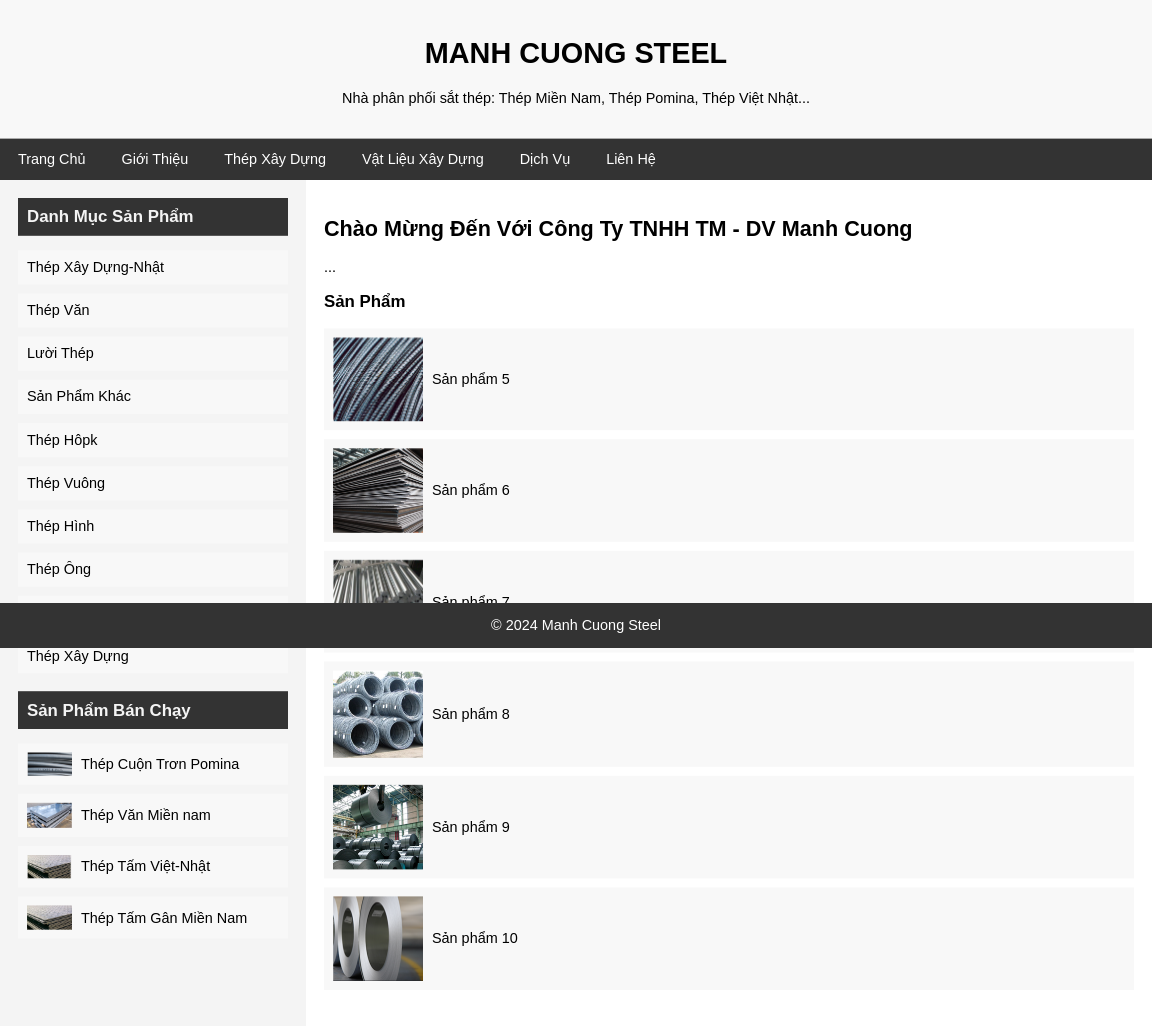
Repository: voduyquang123/quang2k4
Page: quang/FE/index.html
These files come from the project's save history. The page is drawn as it stood at one moment and after the next save; the edit follows.
The browser window is 1280 px wide. The pictures show the whole page, at 90% of full size.

Above is the page before, as saved 2024-06-22 10:38:10.

After the next save:
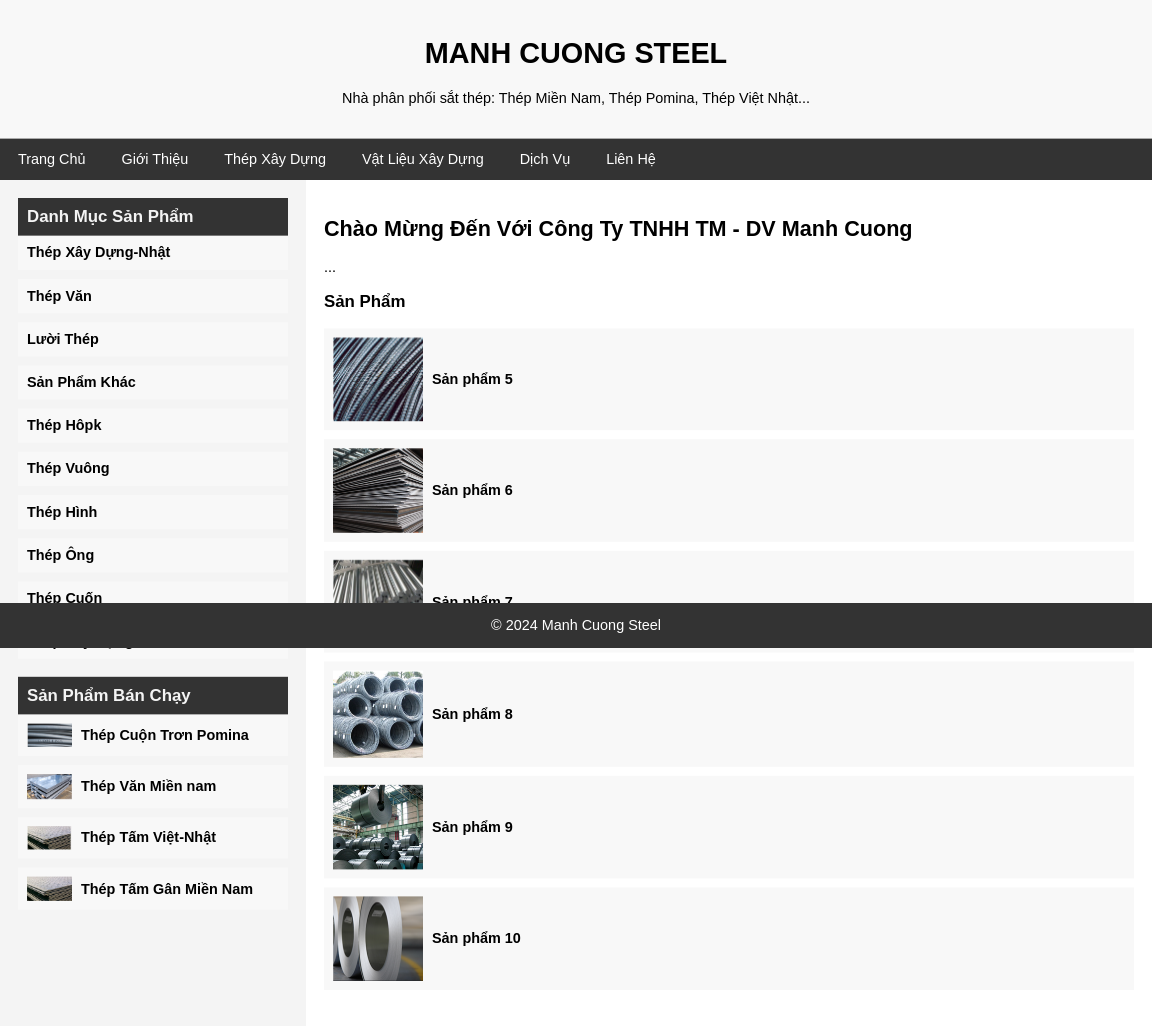
Saved 2 min 44 s later.
--- a/quang/FE/index.html
+++ b/quang/FE/index.html
@@ -72,7 +72,17 @@
             color: white;
             padding: 10px;
             margin: 0;
+            font-weight: 0;
         }
+
+        .product-list ul,
+        .best-sellers ul {
+            list-style-type: none;
+            padding: 0;
+            margin: 0;
+            font-weight: bold;
+        }
+
 
         .product-list ul,
         .best-sellers ul {
